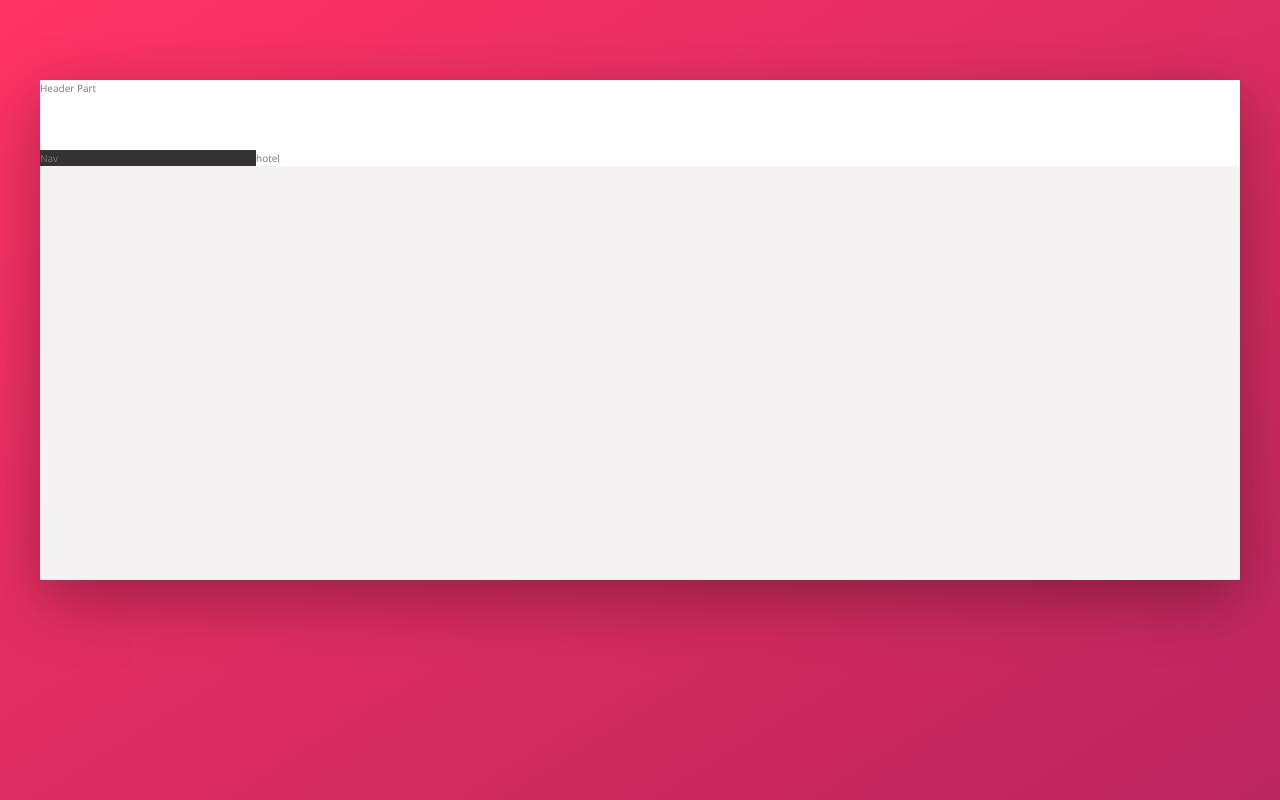
Repository: mohamediyas/flex_website
Page: index.html
An editor plug-in stored every save of this project. The page is shown before and after the next save, followed by the edit.
The browser window is 1280 px wide. The pictures show the whole page.
The style sheet was rebuilt from its Sass, Less or Tailwind sources for each picture, by a compiler version that may differ from the author's.

Above is the page before, as saved 2022-07-31 13:22:26.

### index.html
<!DOCTYPE html>
<html lang="en">
  <head>
    <meta charset="UTF-8" />
    <meta name="viewport" content="width=device-width, initial-scale=1.0" />
    <meta http-equiv="X-UA-Compatible" content="ie=edge" />

    <link
      href="https://fonts.googleapis.com/css?family=Open+Sans:300,400,600"
      rel="stylesheet"
    />
    <link rel="stylesheet" href="css/style.css" />
    <link rel="shortcut icon" type="image/png" href="img/favicon.png" />

    <title>nexter &mdash; your home, your freedom</title>
  </head>
  <body>
    <div class="container">
      <header class="header">Header Part</header>
      <div class="content">
        <nav class="sidebar">Nav</nav>
        <main class="hotel">hotel</main>
      </div>
    </div>
  </body>
</html>

### sass/_base.scss
// COLOR VARIABLES

:root {
  --color-primary: #eb2f64;
  --color-primary-light: #ff3366;
  --color-primary-dark: #ba265d;

  --color-grey-light-1: #faf9f9;
  --color-grey-light-2: #f4f2f2;
  --color-grey-light-3: #f0eeee;
  --color-grey-light-4: #ccc;

  --color-grey-dark-1: #333;
  --color-grey-dark-2: #777;
  --color-grey-dark-3: #999;

  --shadow-dark: 0 2rem 6rem rgba(0, 0, 0, 0.3);
  --shadow-light: 0 2rem 5rem rgba(0, 0, 0, 0.06);

  --line: 1px solid var(--color-grey-light-2);
}

* {
  margin: 0;
  padding: 0;
}

*,
*::after,
*::before {
  box-sizing: inherit;
}

html {
  box-sizing: border-box;
  font-size: 62.5%;
}

body {
  background-image: linear-gradient(
    to right bottom,
    var(--color-primary-light),
    var(--color-primary-dark)
  );
  font-family: "Open Sans", sans-serif;
  font-weight: 400;
  line-height: 1.6;
  background-size: cover;
  background-repeat: no-repeat;
  min-height: 100vh;
  color: var(--color-grey-dark-2);
}

### sass/_layout.scss
.container {
  max-width: 120rem;
  margin: 8rem auto;
  background-color: var(--color-grey-light-2);
  box-shadow: var(--shadow-dark);
  min-height: 50rem;
}

.header {
  height: 7rem;
  background-color: #fff;
  border-bottom: var(--color-grey-light-2);
}

.content {
  display: flex;
}

.sidebar {
  background-color: var(--color-grey-dark-1);
  flex: 0 0 18%;
}

.hotel {
  background-color: #fff;
  flex: 1;
}

Loaded but not shown: sass/main.scss (common file); sass/_components.scss (no stored copy; drawn as an empty file)

After the next save:
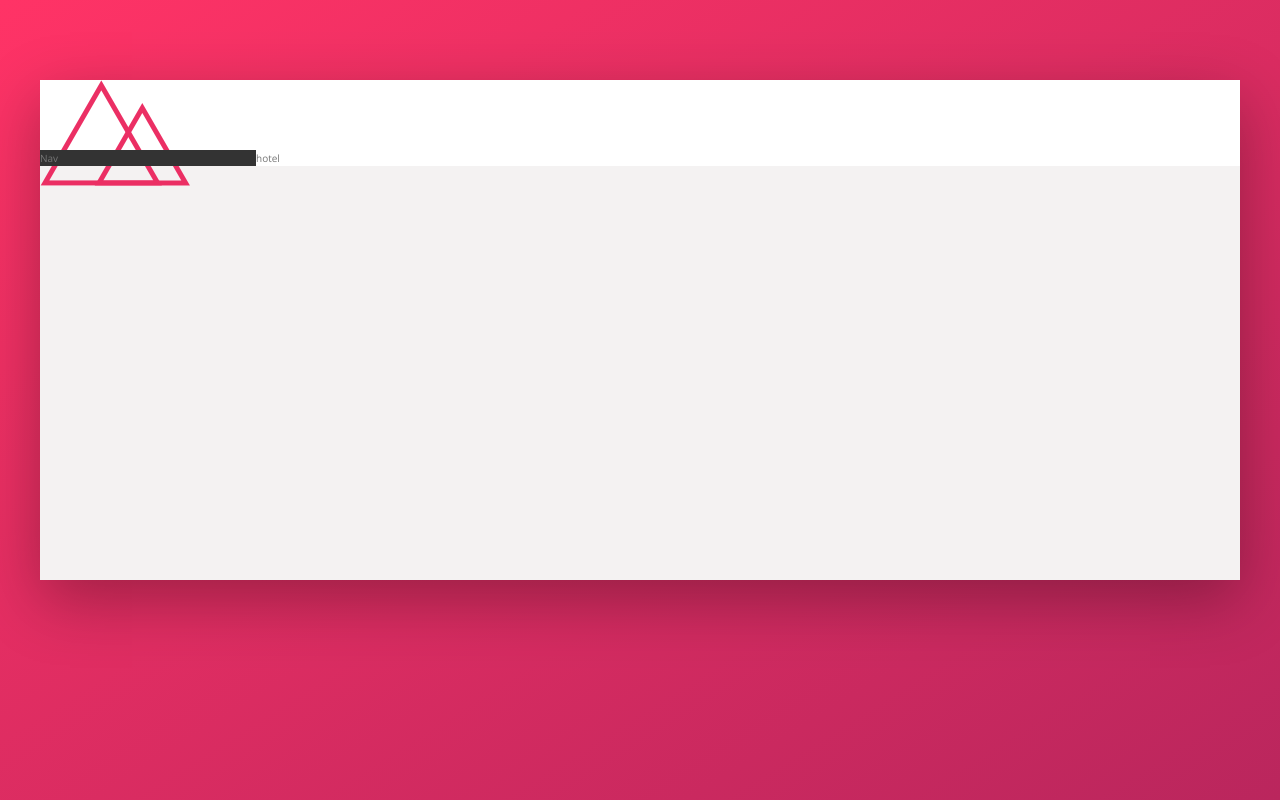
Saved 4 min 9 s later.
--- a/index.html
+++ b/index.html
@@ -16,7 +16,9 @@
   </head>
   <body>
     <div class="container">
-      <header class="header">Header Part</header>
+      <header class="header">
+        <img src="img/logo.png" alt="trilio logo" class="logo" />
+      </header>
       <div class="content">
         <nav class="sidebar">Nav</nav>
         <main class="hotel">hotel</main>
